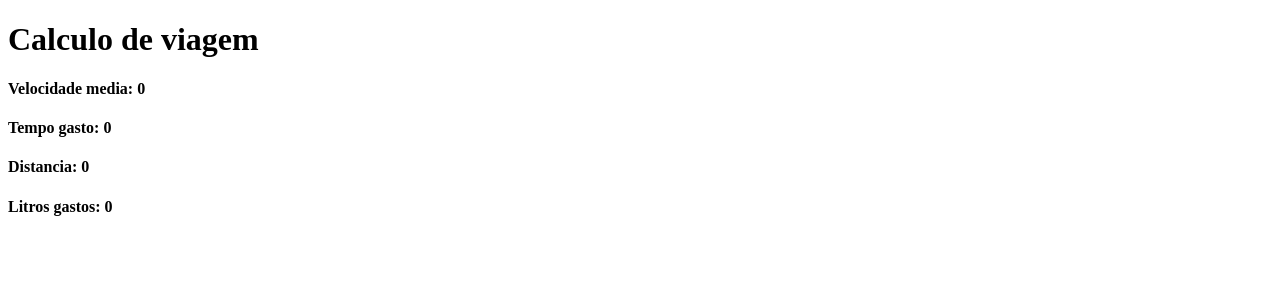
Repository: Nickolaz1/exercicios-jsp
Page: http://localhost/exer02/
These files come from the project's save history. The page is drawn as it stood at one moment and after the next save; the edit follows.
The browser window is 1280 px wide. The pictures show the whole page.
The page is served by Tomcat 9.

Above is the page before, as saved 2021-06-06 23:27:04.

### exer02/WebContent/index.jsp
<%@ page language="java" contentType="text/html; charset=UTF-8"
    pageEncoding="UTF-8"%>
<!DOCTYPE html>
<html lang="pt-br">
	<head>
		<meta charset="UTF-8">
		<title>Exercicio02 - JSP</title>
	</head>
	<body>
		<h1>Calculo de viagem</h1>
		<%! int tempo, velocidade, distancia, litros_gastos, litros = 12; %>
		<% 	distancia = tempo * velocidade;
			litros_gastos = distancia / litros;
		%>
		<%-- valores da velocidade média, tempo gasto na viagem, a distância percorrida
		e a quantidade de litros utilizados na viagem. --%>
		<h4> Velocidade media: <%= velocidade %></h4>
		<h4> Tempo gasto: <%= tempo %></h4>
		<h4> Distancia: <%= distancia %></h4>
		<h4> Litros gastos: <%= litros_gastos %></h4>
	</body>
</html>

After the next save:
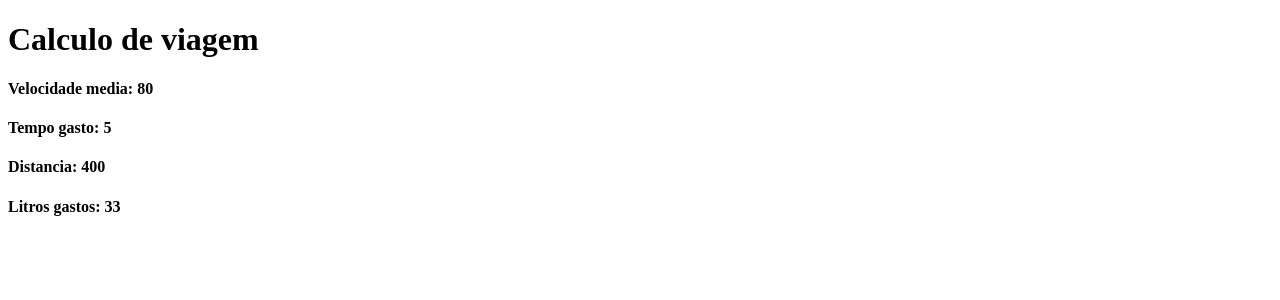
Saved 87 s later.
--- a/exer02/WebContent/index.jsp
+++ b/exer02/WebContent/index.jsp
@@ -8,7 +8,7 @@
 	</head>
 	<body>
 		<h1>Calculo de viagem</h1>
-		<%! int tempo, velocidade, distancia, litros_gastos, litros = 12; %>
+		<%! int tempo = 5, velocidade = 80, distancia, litros_gastos, litros = 12; %>
 		<% 	distancia = tempo * velocidade;
 			litros_gastos = distancia / litros;
 		%>
